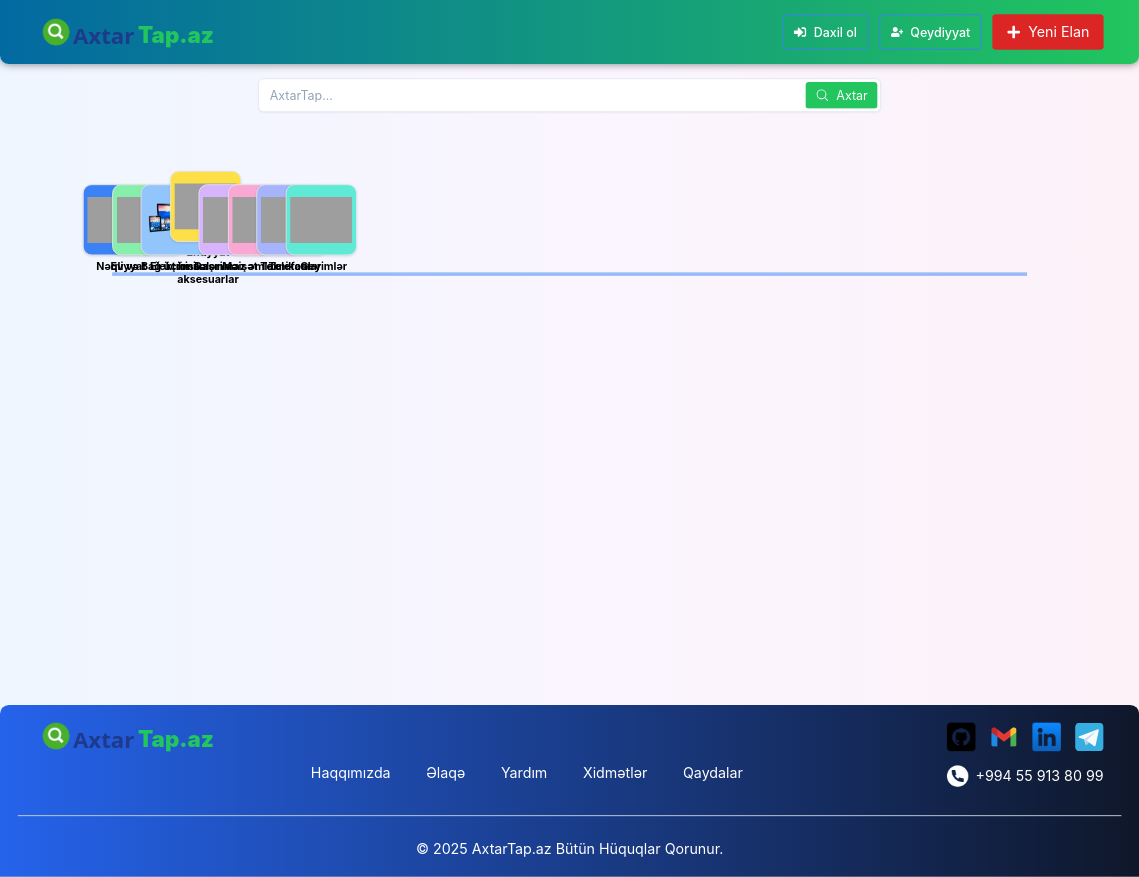
Repository: Omur56/AxtarTap.az
Page: /
An editor plug-in stored every save of this project. The page is shown before and after a run of saves, followed by the edit.
The browser window is 1280 px wide. The pictures show the whole page, at 89% of full size.
Pictures or frames that could not be fetched are drawn as grey boxes. The page's requests for data from a server got no answer. The project was rebuilt for these pictures with package versions that can differ from the ones it lists, and the page was loaded fresh each time. Some packages were replaced by stand-ins written for this rebuild. No one was signed in, and anything a server would have sent is missing. Also part of the build but not shown: src/pages/About/index.jsx, src/pages/Contact/index.jsx, src/pages/Qaydalar/index.jsx, src/pages/Yardım/index.jsx, src/pages/Xidmetler/index.jsx, src/components/CreatePostNeqliyyat/index.jsx, src/pages/Katalog/Neqliyyat/index.jsx, src/components/CreatePostHome/index.jsx and 30 more.

Above is the page before, as saved 2025-08-21 20:05:20.

### public/index.html
<!DOCTYPE html>
<html lang="en">
  <head>
    <meta charset="utf-8" />
    <link rel="icon" href="./assets/TitleLogoImg/titleLogoAxtar.png" />
    <meta name="viewport" content="width=device-width, initial-scale=1" />
    <meta name="theme-color" content="#449b5c" />
    <meta name="viewport" content="width=device-width, initial-scale=1, viewport-fit=cover">

    <meta
      name="description"
      content="Web site created using create-react-app"
    />
    <link rel="apple-touch-icon" href="./assets/TitleLogoImg/titleLogoAxtar.png" />
    <!--
      manifest.json provides metadata used when your web app is installed on a
      user's mobile device or desktop. See https://developers.google.com/web/fundamentals/web-app-manifest/
    -->
    <link rel="manifest" href="%PUBLIC_URL%/manifest.json" />
    <!--
      Notice the use of %PUBLIC_URL% in the tags above.
      It will be replaced with the URL of the `public` folder during the build.
      Only files inside the `public` folder can be referenced from the HTML.

      Unlike "/favicon.ico" or "favicon.ico", "%PUBLIC_URL%/favicon.ico" will
      work correctly both with client-side routing and a non-root public URL.
      Learn how to configure a non-root public URL by running `npm run build`.
    -->
    <title>AxtarTap.az</title>
  </head>
  <body>
    <noscript>You need to enable JavaScript to run this app.</noscript>
    <div id="root"></div>
    <!--
      This HTML file is a template.
      If you open it directly in the browser, you will see an empty page.

      You can add webfonts, meta tags, or analytics to this file.
      The build step will place the bundled scripts into the <body> tag.

      To begin the development, run `npm start` or `yarn start`.
      To create a production bundle, use `npm run build` or `yarn build`.
    -->
  </body>
</html>

### src/index.css
@tailwind base;
@tailwind components;
@tailwind utilities;



*{
    font-family: -apple-system, BlinkMacSystemFont, "Helvetica Neue", "Segoe UI", sans-serif;
}

### src/components/Main/index.jsx
import {Outlet,  useNavigate } from "react-router";
import Footer from "../Footer";
import BottomMenu from "../MobileMenu";
import Header from "../Header";



const RootLayout = () => {
  const navigate = useNavigate();

  return (
   <div className=" bg-gradient-to-r from-blue-50 via-purple-50 to-pink-50">
       <Header />

      <Outlet />
       <Footer/>
      <BottomMenu />
   </div>
  );
};

export default RootLayout;

### src/pages/Home/index.jsx
import React, { useEffect, useState } from "react";
import Katalog from "../../pages/Katalog";
import axios from "axios";
import { Link } from "react-router-dom";
import BottomMenu from "../../components/MobileMenu";
import { useNavigate } from "react-router-dom";



const Home = () => {



  const [cars, setCars] = useState([]);



  useEffect(() => {
    const fetchCars = async () => {
      try {
        const res = await axios.get("http://localhost:5000/api/cars");
        setCars(res.data);
      } catch (err) {
        console.error("Elanlar yüklənmədi:", err);
      }
    };

    fetchCars();
  }, []);

const [homeGarden, setHomeGarden] = useState([]);

  useEffect(() => {
    axios.get('http://localhost:5000/api/homGarden')
      .then(res => {
        console.log("Gələn data:", res.data);
        setHomeGarden(res.data);
      })
      .catch(err => {
        console.error('Xəta baş verdi:', err);
      });
  }, []);


  const [elektronikaPost, setElektronikaPost] = useState([]);

  useEffect(() => {
    axios.get('http://localhost:5000/api/electronika')
      .then(res => {
        console.log("Gələn data:", res.data);
        setElektronikaPost(res.data);
      })
      .catch(err => {
        console.error('Xəta baise verdi:', err);
      });
  }, []);




const [accessories, setAccessories] = useState([]);


  useEffect(() => {
    axios.get('http://localhost:5000/api/accessories')
      .then(res => {
        console.log("Gələn data:", res.data);
        setAccessories(res.data);
      })
      .catch(err => {
        console.error('Xəta baise verdi:', err);
      });
  }, []);

  const [realEstate, setRealEstate] = useState([]);

  useEffect(() => {
    axios.get('http://localhost:5000/api/realEstate')
      .then(res => {
        console.log("Gələn data:", res.data);
        setRealEstate(res.data);
      })
      .catch(err => {
        console.error('Xəta baise verdi:', err);
      });
  }, []);



    const [Household, setHousehold] = useState([]);

  useEffect(() => {
    axios.get('http://localhost:5000/api/Household')
      .then(res => {
        console.log("Gələn data:", res.data);
        setHousehold(res.data);
      })
      .catch(err => {
        console.error('Xəta baise verdi:', err);
      });
  }, []);



 const [Phone, setPhone] = useState([]);

  useEffect(() => {
    axios.get('http://localhost:5000/api/Phone')
      .then(res => {
        console.log("Gələn data:", res.data);
        setPhone(res.data);
      })
      .catch(err => {
        console.error('Xəta baise verdi:', err);
      });
  }, []);




   const [Clothing, setClothing] = useState([]);

  useEffect(() => {
    axios.get('http://localhost:5000/api/Clothing')
      .then(res => {
        console.log("Gələn data:", res.data);
        setClothing(res.data);
      })
      .catch(err => {
        console.error('Xəta baise verdi:', err);
      });
  }, []);


  const formatDate = (dateString) => {
    const postDate = new Date(dateString);
    const now = new Date();
    const today = new Date(now.setHours(0, 0, 0, 0));
    const postDay = new Date(postDate.setHours(0, 0, 0, 0));
    const diffTime = today - postDay;
    const oneDay = 24 * 60 * 60 * 1000;

    if (diffTime === 0) return "bugün";
    if (diffTime === oneDay) return "dünən";

    return postDate.toLocaleDateString("az-AZ", {
      day: "numeric",
      month: "long",
      year: "numeric",
    });
  };

  const getCurrentTime = (isoString) => {
    const date = new Date(isoString);
    const time = date.toTimeString().split(" ")[0].slice(0, 5);
    return time;
  };










   const [query, setQuery] = useState("");
  const [results, setResults] = useState([]);
  const [loading, setLoading] = useState(false);

  const apiUrls = [
  "http://localhost:5000/api/cars",
    "http://localhost:5000/api/homGarden",
    "http://localhost:5000/api/electronika",
    "http://localhost:5000/api/accessories",
    "http://localhost:5000/api/realEstate",
    "http://localhost:5000/api/Household",
    "http://localhost:5000/api/Phone",
    "http://localhost:5000/api/Clothing"
  ];

  const handleSearch = async () => {
    if (!query.trim()) return;
    setLoading(true);

    try {
      const requests = apiUrls.map(url => axios.get(url));
      const responses = await Promise.all(requests);

      let allData = [];
      responses.forEach(res => {
        if (Array.isArray(res.data)) allData = allData.concat(res.data);
      });

      // Axtarış: title və description sahələrində
      const filtered = allData.filter(item => {
        const title = item.title?.toLowerCase() || "";
        const brand = item.brand?.toLowerCase() || "";
        const category = item.category?.toLowerCase() || "";
        const model = item.model?.toLowerCase() || "";
        const location = item.location?.toLowerCase() || "";
        const city = item.city?.toLowerCase() || "";
        const engine = item.engine?.toLowerCase() || "";
        const year = item.year?.toLowerCase() || "";
        const motor = item.motor?.toLowerCase() || "";
        const transmission = item.transmission?.toLowerCase() || "";
        const ban_type = item.ban_type?.toLowerCase() || "";
        const price = item.price?.toLowerCase() || "";
        const description = item.description?.toLowerCase() || "";
        return title.includes(query.toLowerCase()) ||
         brand.includes(query.toLowerCase()) ||
          category.includes(query.toLowerCase()) ||
           location.includes(query.toLowerCase()) ||
            model.includes(query.toLowerCase()) ||
             city.includes(query.toLowerCase()) ||
              engine.includes(query.toLowerCase()) ||
               year.includes(query.toLowerCase()) ||
                motor.includes(query.toLowerCase()) ||
                 transmission.includes(query.toLowerCase()) ||
                  ban_type.includes(query.toLowerCase()) ||
                   price.includes(query.toLowerCase()) ||
                    description.includes(query.toLowerCase());
      });

      setResults(filtered);
    } catch (error) {
      console.error("API axtarış xətası:", error);
    } finally {
      setLoading(false);
    }
  };






const [isLoading, setIsLoading] = useState(true);


useEffect(() => {
  const fetchAll = async () => {
    setIsLoading(true); // loading başladı
    try {
      const [carsRes, homeGardenRes, elektronikaRes, accessoriesRes, realEstateRes, householdRes, phoneRes, clothingRes] = await Promise.all([
        axios.get("http://localhost:5000/api/cars"),
        axios.get("http://localhost:5000/api/homGarden"),
        axios.get("http://localhost:5000/api/electronika"),
        axios.get("http://localhost:5000/api/accessories"),
        axios.get("http://localhost:5000/api/realEstate"),
        axios.get("http://localhost:5000/api/Household"),
        axios.get("http://localhost:5000/api/Phone"),
        axios.get("http://localhost:5000/api/Clothing")
      ]);

      setCars(carsRes.data);
      setHomeGarden(homeGardenRes.data);
      setElektronikaPost(elektronikaRes.data);
      setAccessories(accessoriesRes.data);
      setRealEstate(realEstateRes.data);
      setHousehold(householdRes.data);
      setPhone(phoneRes.data);
      setClothing(clothingRes.data);

    } catch (err) {
      console.error("API xətası:", err);
    } finally {
      setIsLoading(false); // loading bitdi
    }
  };

  fetchAll();
}, []);


  return (
   <div className="min-h-screen ">


 <div className="max-w-5xl mx-auto p-4 flex flex-col gap-4">



      <div className="w-full justify-center mx-auto my-auto max-w-[700px] min-w-[200px]">
        <div className="relative">
          <input
            className="w-full bg-white placeholder:text-slate-400 text-slate-700 text-sm border border-slate-200 rounded-md pl-3 pr-28 py-2 transition duration-300 ease focus:outline-none focus:border-slate-400 hover:border-slate-300 shadow-sm focus:shadow"
            placeholder="AxtarTap..."
            value={query}
            onChange={(e) => setQuery(e.target.value)}
            onKeyDown={(e) => { if(e.key === "Enter") handleSearch(); }}
          />
          <button
            className="absolute top-1 right-1 flex items-center rounded bg-green-500 py-1 px-2.5 border border-transparent text-center text-sm text-white transition-all shadow-sm hover:shadow focus:bg-blue-700 focus:shadow-none active:bg-slate-700 hover:bg-blue-700 active:shadow-none disabled:pointer-events-none disabled:opacity-50 disabled:shadow-none"
            type="button"
            onClick={handleSearch}
          >
            <svg xmlns="http://www.w3.org/2000/svg" viewBox="0 0 24 24" fill="currentColor" className="w-4 h-4 mr-2">
              <path fillRule="evenodd" d="M10.5 3.75a6.75 6.75 0 1 0 0 13.5 6.75 6.75 0 0 0 0-13.5ZM2.25 10.5a8.25 8.25 0 1 1 14.59 5.28l4.69 4.69a.75.75 0 1 1-1.06 1.06l-4.69-4.69A8.25 8.25 0 0 1 2.25 10.5Z" clipRule="evenodd" />
            </svg>
            Axtar
          </button>
        </div>
      </div>



    </div>
    <BottomMenu />
    <main className="   max-w-5xl mx-auto ">

    <div className="max-h-[150px] grid grid-cols-1  sm:grid-cols-2 lg:grid-cols-4 gap-4">
       <Katalog />
    </div>
 <div className="mt-4">
        {loading && <p>Yüklənir...</p>}
        {loading && results.length === 0 && <p className="text-red-500">Nəticə tapılmadı.</p>}

        {!loading && results.length > 0 && (
          <div className="grid grid-cols-1  sm:grid-cols-2 lg:grid-cols-4 gap-4">
            {results.map((item, index) => (
              <Link key={item.id || item._id}  to={`/item/${item._id} || ${item.id}`}>
              <div key={index} className="border sm:w-[240.4px] max-w-[240.4px] h-[300px] rounded-lg shadow-sm overflow-hidden hover:shadow-md transition">
              <img
  src={item.images && item.images.length > 0 ? item.images[0] : item.imageUrls && item.imageUrls.length > 0 ? item.imageUrls[0] : "/placeholder.png"}
  alt={item.title || "Image"}
  className="w-full h-48 object-cover"
/>
                <div className="p-4">
                  <h2 className="text-lg font-semibold mb-1">{item.price} AZN</h2>
                  <h3 className="text-lg font-semibold mb-1">{item.title} {item.category}, {item.brand}, {item.model}</h3>
                  <p className="text-gray-600"></p>
                  <p className="text-gray-600">{item.model}</p>

                </div>
              </div>
              </Link>
            ))}

          </div>
        )}
        <div className=" ring-2 w-full my-4"></div>
      </div>


<div className="p-4 rounded-[4px] grid grid-cols-2 sm:grid-cols-2 md:grid-cols-3 lg:grid-cols-4 gap-[30px] w-full">
  {isLoading ? (
    Array.from({ length: 40 }).map((_, i) => (
      <div
        key={i}
        className="sm:w-[240.4px] max-w-[240.4px] h-[300px] rounded-2xl shadow-md bg-gradient-to-r from-gray-300 via-gray-200 to-gray-300 animate-[shimmer_1.5s_infinite]"
      >
        <div className="sm:w-[240.4px] max-w-[240.4px] h-[300px] bg-white rounded-2xl shadow-md ">
  <div className="w-full h-[178.5px] rounded-t-[8px] mb-2 bg-gradient-to-r from-gray-300 via-gray-200 to-gray-300 animate-shimmer"></div>
  <div className="h-6 bg-gradient-to-r from-gray-300 via-gray-200 to-gray-300 rounded mb-1 w-3/4 animate-shimmerh-6 bg-gray-300 rounded mb-1 w-3/4 animate-shimmer"></div>
  <div className="h-4 bg-gradient-to-r from-gray-300 via-gray-200 to-gray-300 rounded mb-1 w-2/3 animate-shimmer"></div>
  <div className="h-4 bg-gradient-to-r from-gray-300 via-gray-200 to-gray-300 rounded w-1/2 animate-shimmer"></div>

   <div className="h-4 mt-[4px] bg-gray-300 rounded w-2/3 animate-shimmer"></div>
</div>
      </div>
    ))
  ) : (
    <>
      {[...cars].map((car) => (
        <Link key={car.id} to={`/cars/${car.id}`}>
          <div className="sm:w-[240.4px] max-w-[240.4px] h-[300px] bg-white rounded-2xl shadow-lg transform hover:-translate-y-2 hover:scale-105 transition-all duration-300">
            <div className="w-full h-[178.5px] bg-gray-100 relative">
              <img
                src={car.images[0]}
                alt={car.brand}
                className="absolute top-0 left-0 w-full h-full object-cover rounded-t-[8px]"
              />
            </div>
            <div className="p-2">
              <h3 className="text-xl font-bold font-black text-black">{car.price} AZN ₼</h3>
              <h2 className="text-lg truncate w-50">{car.category}, {car.brand}, {car.model}</h2>
              <p className="text-gray-600 truncate w-64">{car.year}, {car.km} km</p>
              <p className="capitalize text-gray-400 text-[16px]">
                {car.location}, {formatDate(car.data)} {getCurrentTime(car.data)}
              </p>
            </div>
          </div>
        </Link>
      ))}

      {[...homeGarden].map((post) => (
        <Link key={post._id} to={`/elan/${post._id}`}>
          <div className="sm:w-[240.4px] max-w-[240.4px] h-[300px] bg-white rounded-2xl shadow-lg transform hover:-translate-y-2 hover:scale-105 transition-all duration-300">
            <img
              src={
                post.images && post.images.length > 0
                  ? post.images[0].startsWith("http")
                    ? post.images[0]
                    : `http://localhost:5000/uploads/${post.images[0]}`
                  : "/no-image.jpg"
              }
              alt={post.title}
              className="w-full h-[178.5px] object-cover rounded-t-[8px]"
            />
            <div className="p-4">
              <h3 className="text-xl font-bold text-black">{post.price} AZN ₼</h3>
              <h2 className="text-sm font-bold truncate w-64">{post.category}</h2>
              <h3 className="text-lg font-semibold truncate w-64">{post.brand}</h3>
              <p className="capitalize text-gray-400 text-[16px]">
                {post.location}, {formatDate(post.data)} {getCurrentTime(post.data)}
              </p>
            </div>
          </div>
        </Link>
      ))}

    {[...elektronikaPost].reverse().map((item) => (
    <Link key={item._id} to={`/PostDetailElectronika/${item._id}`}>
      <div className="sm:w-[240.4px] max-w-[240.4px] h-[300px]  bg-white rounded-2xl  shadow-lg transform hover:-translate-y-2 hover:scale-105 transition-all duration-300">

        <img
          src={
            item.images?.[0]?.startsWith("http")
              ? item.images[0]
              : "/no-image.jpg"
          }
          alt={item.title}
          className="w-full h-[178.5px] object-cover rounded-t-[8px]"
        />
        <div className="p-4">
          <h3 className="text-xl font-bold text-black">{item.price} AZN ₼</h3>
          <h2 className="text-sm font-bold truncate w-64">{item.category}</h2>
          <h3 className="text-lg font-semibold truncate w-64">{item.title}</h3>
          <p className="capitalize text-gray-400 text-[16px]">
            {item.location}, {formatDate(item.data)} {getCurrentTime(item.data)}
          </p>
        </div>
      </div>
    </Link>
  ))}

  {[...accessories ].reverse().map((item) => (
    <Link key={item._id} to={`/PostDetailAcsesuar/${item._id}`}>
      <div className="sm:w-[240.4px] max-w-[240.4px] h-[300px]  bg-white rounded-2xl  shadow-lg transform hover:-translate-y-2 hover:scale-105 transition-all duration-300">

        <img
          src={
            item.images?.[0]?.startsWith("http")
              ? item.images[0]
              : "/no-image.jpg"
          }
          alt={item.title}
          className="w-full h-[178.5px] object-cover rounded-t-[8px]"
        />
        <div className="p-4">
          <h3 className="text-xl font-bold text-black">{item.price} AZN ₼</h3>
          <h2 className="text-sm font-bold truncate w-64">{item.category}</h2>
          <h3 className="text-lg font-semibold truncate w-64">{item.title}</h3>
          <p className="capitalize text-gray-400 text-[16px]">
            {item.location}, {formatDate(item.data)} {getCurrentTime(item.data)}
          </p>
        </div>
      </div>
    </Link>
  ))}




  {[...realEstate].reverse().map((item) => (
    <Link key={item._id} to={`/PostRealEstate/${item._id}`}>
      <div className="sm:w-[240.4px] max-w-[240.4px] h-[300px]  bg-white rounded-2xl  shadow-lg transform hover:-translate-y-2 hover:scale-105 transition-all duration-300">

        <img
          src={
            item.images?.[0]?.startsWith("http")
              ? item.images[0]
              : "/no-image.jpg"
          }
          alt={item.title}
          className="w-full h-[178.5px] object-cover rounded-t-[8px]"
        />
        <div className="p-4">
          <h3 className="text-xl font-bold text-black">{item.price} AZN ₼</h3>
          <h2 className="text-sm font-bold truncate w-64">{item.title_type}, {item.type_building}, {item.location}</h2>

          <p className="capitalize text-gray-400 text-[16px]">
            {item.location}, {formatDate(item.data)} {getCurrentTime(item.data)}
          </p>
        </div>
      </div>
    </Link>
  ))}






   {[...Household].reverse().map((item) => (
    <Link key={item._id} to={`/PostDetailHousehold/${item._id}`}>
      <div className="sm:w-[240.4px] max-w-[240.4px] h-[300px]  bg-white rounded-2xl  shadow-lg transform hover:-translate-y-2 hover:scale-105 transition-all duration-300">

        <img
          src={
            item.images?.[0]?.startsWith("http")
              ? item.images[0]
              : "/no-image.jpg"
          }
          alt={item.title}
          className="w-full h-[178.5px] object-cover rounded-t-[8px]"
        />
        <div className="p-4">
          <h3 className="text-xl font-bold text-black">{item.price} AZN ₼</h3>
          <h2 className="text-sm font-boldtruncate w-64">{item.title}, {item.category}, {item.location}</h2>

          <p className="capitalize text-gray-400 text-[16px]">
            {item.location}, {formatDate(item.data)} {getCurrentTime(item.data)}
          </p>
        </div>
      </div>
    </Link>
  ))}


   {[...Phone ].reverse().map((item) => (
    <Link key={item._id} to={`/PostDetailPhone/${item._id}`}>
      <div className="sm:w-[240.4px] max-w-[240.4px] h-[300px]  bg-white rounded-2xl  shadow-lg transform hover:-translate-y-2 hover:scale-105 transition-all duration-300">

        <img
          src={
            item.images?.[0]?.startsWith("http")
              ? item.images[0]
              : "/no-image.jpg"
          }
          alt={item.title}
          className="w-full h-[178.5px] object-cover rounded-t-[8px]"
        />
        <div className="p-4">
          <h3 className="text-xl font-bold text-black">{item.price} AZN ₼</h3>
          <h2 className="text-lg font-bold truncate w-64">{item.title}, {item.brand}, {item.model}</h2>
          <h3 className="text-lg font-semibold"></h3>
          <p className="capitalize text-gray-400 text-[16px]">
            {item.location}, {formatDate(item.data)} {getCurrentTime(item.data)}
          </p>
        </div>
      </div>
    </Link>
  ))}



  {[...Clothing].reverse().map((item) => (
    <Link key={item._id} to={`/PostDetailClothing/${item._id}`}>
      <div className="sm:w-[240.4px] max-w-[240.4px] h-[300px]  bg-white rounded-2xl  shadow-lg transform hover:-translate-y-2 hover:scale-105 transition-all duration-300">

        <img
          src={
            item.images?.[0]?.startsWith("http")
              ? item.images[0]
              : "/no-image.jpg"
          }
          alt={item.title}
          className="w-full h-[178.5px] object-cover rounded-t-[8px]"
        />
        <div className="p-4">
          <h3 className="text-xl font-bold text-black">{item.price} AZN ₼</h3>
          <h2 className="text-lg font-bold truncate w-64">{item.title}, {item.brand}, {item.model}</h2>
          <h3 className="text-lg font-semibold"></h3>
          <p className="capitalize text-gray-400 text-[16px]">
            {item.location}, {formatDate(item.data)} {getCurrentTime(item.data)}
          </p>
        </div>
      </div>
    </Link>
  ))}

    </>
  )}
</div>
    </main>

    </div>
  );
};

export default Home;

Loaded but not shown: src/app/routes.js (225 lines, source omitted); tailwind.config.js (29 lines, source omitted); src/index.js (20 lines, source omitted); src/app/index.js (17 lines, source omitted); src/components/Footer/index.jsx (94 lines, source omitted); src/components/Header/index.jsx (77 lines, source omitted); src/pages/Katalog/index.jsx (63 lines, source omitted); src/pages/Katalog/Cateqories/index.jsx (12 lines, source omitted); src/components/MobileMenu/index.jsx (48 lines, source omitted); src/components/SideBarMenu/data.jsx (64 lines, source omitted); src/components/TitleLogo/index.jsx (13 lines, source omitted)

After the next 2 saves:
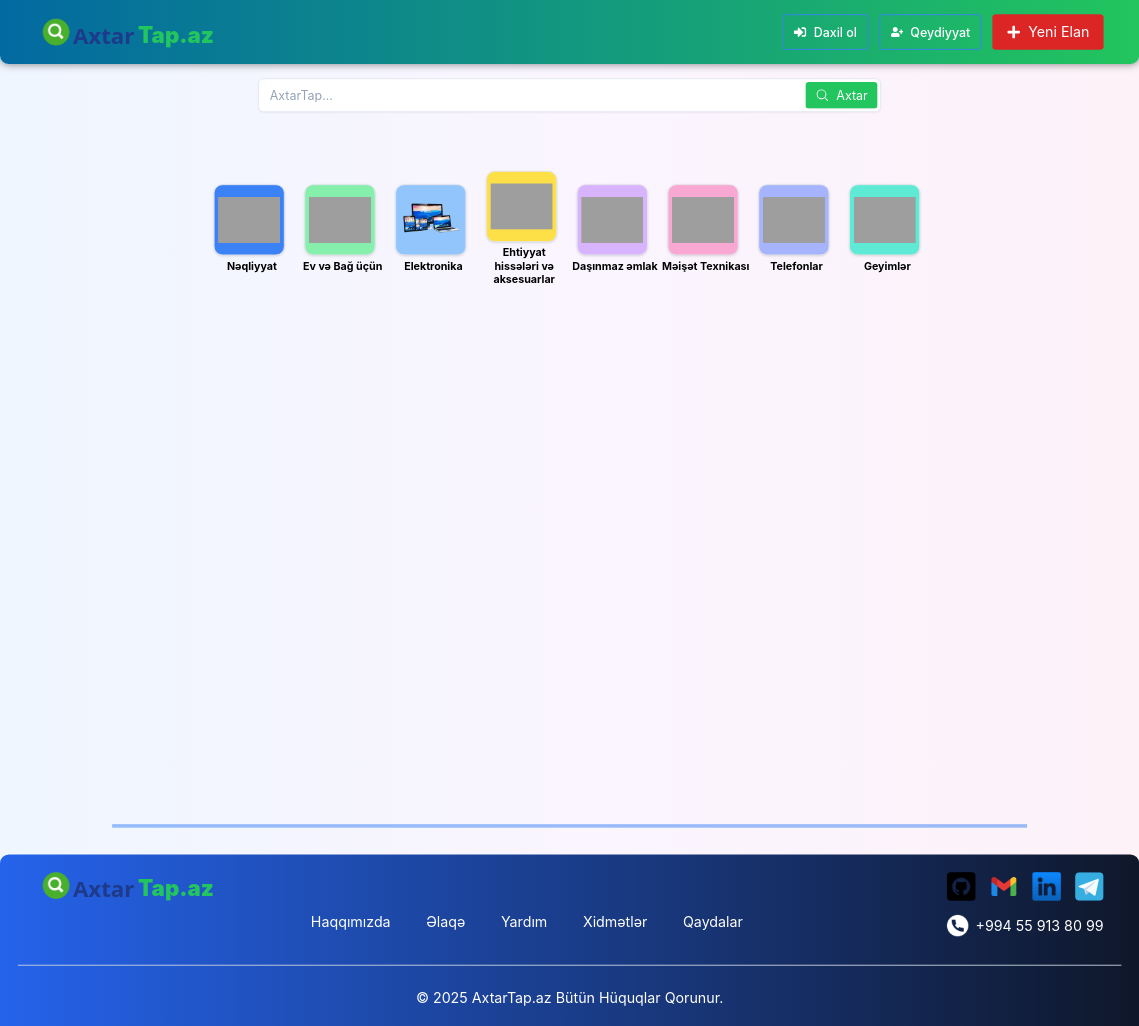
The 2 saves are shown as one change because they came seconds apart.
The last was saved 20 s later.
--- a/src/pages/Home/index.jsx
+++ b/src/pages/Home/index.jsx
@@ -310,9 +310,9 @@ useEffect(() => {
     <BottomMenu />
     <main className="   max-w-5xl mx-auto ">
 
-    <div className="max-h-[150px] grid grid-cols-1  sm:grid-cols-2 lg:grid-cols-4 gap-4">
+
        <Katalog />
-    </div>
+
  <div className="mt-4">
         {loading && <p>Yüklənir...</p>}
         {loading && results.length === 0 && <p className="text-red-500">Nəticə tapılmadı.</p>}
